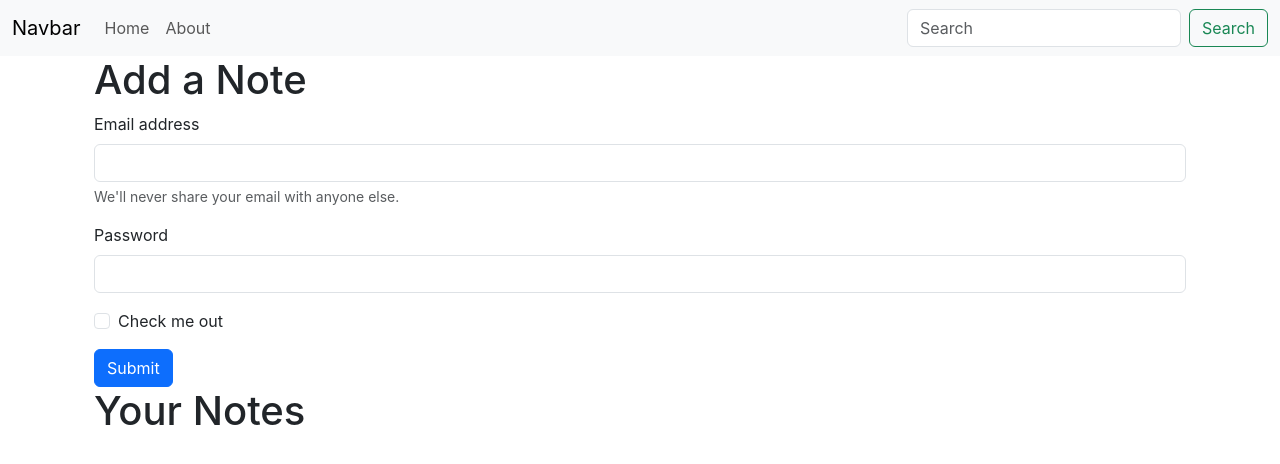
Repository: bhaveshdaipuria/inotebook
Page: /home
These files come from the project's save history. The page is drawn as it stood at one moment and after the next save; the edit follows.
The browser window is 1280 px wide. The pictures show the whole page.
The project was rebuilt for these pictures with package versions that can differ from the ones it lists, and the page was loaded fresh each time. Also part of the build but not shown: src/App.css, src/components/About.js.

Above is the page before, as saved 2023-05-03 12:19:26.

### public/index.html
<!DOCTYPE html>
<html lang="en">
  <head>
    <meta charset="utf-8" />
    <link rel="icon" href="%PUBLIC_URL%/favicon.ico" />
    <meta name="viewport" content="width=device-width, initial-scale=1" />
    <meta name="theme-color" content="#000000" />
    <meta
      name="description"
      content="Web site created using create-react-app"
    />
    <link rel="apple-touch-icon" href="%PUBLIC_URL%/logo192.png" />
    <link href="https://cdn.jsdelivr.net/npm/bootstrap@5.3.0-alpha3/dist/css/bootstrap.min.css" rel="stylesheet" integrity="sha384-KK94CHFLLe+nY2dmCWGMq91rCGa5gtU4mk92HdvYe+M/SXH301p5ILy+dN9+nJOZ" crossorigin="anonymous">
    <!--
      manifest.json provides metadata used when your web app is installed on a
      user's mobile device or desktop. See https://developers.google.com/web/fundamentals/web-app-manifest/
    -->
    <link rel="manifest" href="%PUBLIC_URL%/manifest.json" />
    <!--
      Notice the use of %PUBLIC_URL% in the tags above.
      It will be replaced with the URL of the `public` folder during the build.
      Only files inside the `public` folder can be referenced from the HTML.

      Unlike "/favicon.ico" or "favicon.ico", "%PUBLIC_URL%/favicon.ico" will
      work correctly both with client-side routing and a non-root public URL.
      Learn how to configure a non-root public URL by running `npm run build`.
    -->
    <title>iNotebook</title>
  </head>
  <body>
    <noscript>You need to enable JavaScript to run this app.</noscript>
    <div id="root"></div>
    <!--
      This HTML file is a template.
      If you open it directly in the browser, you will see an empty page.

      You can add webfonts, meta tags, or analytics to this file.
      The build step will place the bundled scripts into the <body> tag.

      To begin the development, run `npm start` or `yarn start`.
      To create a production bundle, use `npm run build` or `yarn build`.
    -->
  </body>
  <script src="https://cdn.jsdelivr.net/npm/bootstrap@5.3.0-alpha3/dist/js/bootstrap.bundle.min.js" integrity="sha384-ENjdO4Dr2bkBIFxQpeoTz1HIcje39Wm4jDKdf19U8gI4ddQ3GYNS7NTKfAdVQSZe" crossorigin="anonymous"></script>
</html>

### src/App.js
import './App.css';
import Navbar from './components/Navbar';
import Home  from './components/Home';
import { BrowserRouter, Routes, Route } from 'react-router-dom';
import About from './components/About';
import NoteState from './context/notes/NoteState';

function App() {
  return (
    <>
    <NoteState>
    <BrowserRouter>
    <Navbar/>
    <div className='container'>
      <Routes>
      <Route exact path = '/home' element={<Home/>}/>
      <Route exact path = '/about' element={<About/>}/>
    </Routes>
    </div>
    </BrowserRouter>
    </NoteState>
    </>
  );
}

export default App;

### src/components/Navbar.js
import React, { useEffect } from "react";
import { Link, useLocation } from "react-router-dom";

function Navbar() {
  let location = useLocation();
  useEffect(()=>{
    console.log(location.pathname)
  }, [location]);
  return (
    <nav className="navbar navbar-expand-lg bg-body-tertiary">
      <div className="container-fluid">
        <Link className="navbar-brand" to="/">
          Navbar
        </Link>
        <button
          className="navbar-toggler"
          type="button"
          data-bs-toggle="collapse"
          data-bs-target="#navbarSupportedContent"
          _aria-controls="navbarSupportedContent"
          aria-expanded="false"
          aria-label="Toggle navigation"
        >
          <span className="navbar-toggler-icon"></span>
        </button>
        <div className="collapse navbar-collapse" id="navbarSupportedContent">
          <ul className="navbar-nav me-auto mb-2 mb-lg-0">
            <li className="nav-item">
              <Link className={`nav-link ${location.pathname === '/'?"active":""}`} aria-current="page" to="/home">
                Home
              </Link>
            </li>
            <li className="nav-item">
              <Link className={`nav-link ${location.pathname === '/about'?"active":""}`} to="/about">
                About
              </Link>
            </li>
          </ul>
          <form className="d-flex" role="search">
            <input
              className="form-control me-2"
              type="search"
              placeholder="Search"
              aria-label="Search"
            />
            <button className="btn btn-outline-success" type="submit">
              Search
            </button>
          </form>
        </div>
      </div>
    </nav>
  );
}

export default Navbar;

### src/components/Home.js
import React from 'react'

function Home() {
  return (
    <div>
    <div className='container'>
    <h1>Add a Note</h1>
    <form>
  <div className="mb-3">
    <label for="exampleInputEmail1" className="form-label">Email address</label>
    <input type="email" className="form-control" id="exampleInputEmail1" aria-describedby="emailHelp"/>
    <div id="emailHelp" className="form-text">We'll never share your email with anyone else.</div>
  </div>
  <div className="mb-3">
    <label for="exampleInputPassword1" className="form-label">Password</label>
    <input type="password" className="form-control" id="exampleInputPassword1"/>
  </div>
  <div className="mb-3 form-check">
    <input type="checkbox" className="form-check-input" id="exampleCheck1"/>
    <label className="form-check-label" for="exampleCheck1">Check me out</label>
  </div>
  <button type="submit" className="btn btn-primary">Submit</button>
</form>
    <h1>Your Notes</h1>
    </div>
    </div>
  )
}

export default Home;

### src/context/notes/NoteState.js
import NoteContext from "./noteContext";
import { useState } from "react";

const  NoteState = (props)=>{

    return(
        <NoteContext.Provider value={{}}>
            {props.children}
        </NoteContext.Provider>
    )
}

export default NoteState;

Loaded but not shown: src/index.js (common file); src/index.css (common file); src/context/notes/noteContext.js (common file)

After the next save:
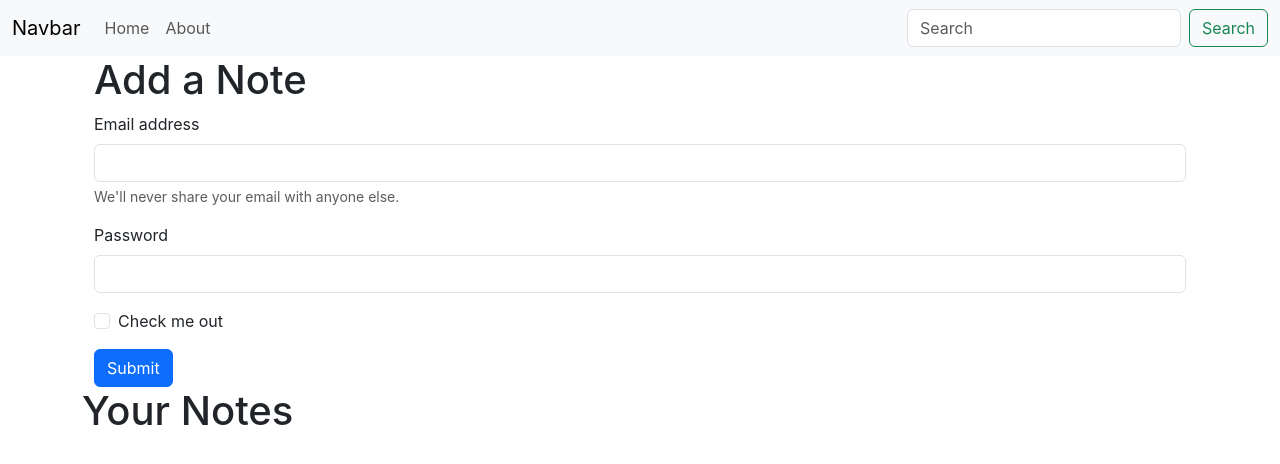
Saved 27 s later.
--- a/src/components/Home.js
+++ b/src/components/Home.js
@@ -21,8 +21,8 @@ function Home() {
   </div>
   <button type="submit" className="btn btn-primary">Submit</button>
 </form>
+</div>
     <h1>Your Notes</h1>
-    </div>
     </div>
   )
 }
